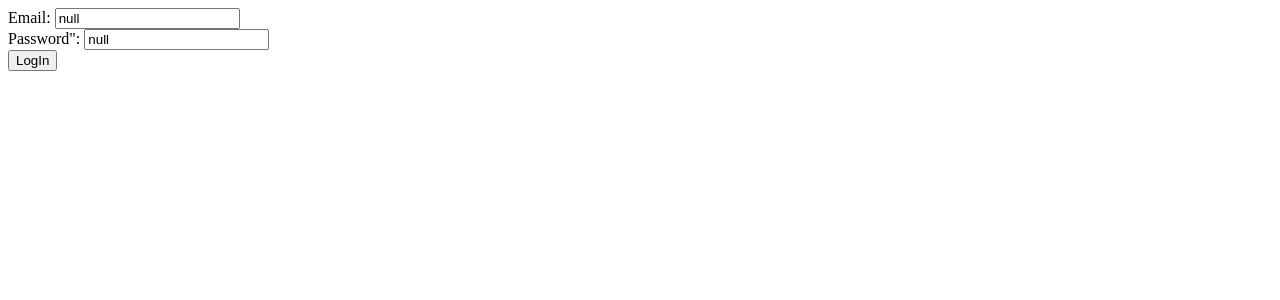
Repository: kanastasov/Java-Web-App
Page: http://localhost/3.2-MVCForm/login.jsp
An editor plug-in stored every save of this project. The page is shown before and after the next save, followed by the edit.
The browser window is 1280 px wide. The pictures show the whole page.
The page is served by Tomcat 9. Other server files are loaded and not shown.

Above is the page before, as saved 2015-01-03 19:00:40.

### 3.2-MVCForm/WebContent/login.jsp
<%@ page language="java" contentType="text/html; charset=ISO-8859-1"
    pageEncoding="ISO-8859-1"%>
<!DOCTYPE html PUBLIC "-//W3C//DTD HTML 4.01 Transitional//EN" "http://www.w3.org/TR/html4/loose.dtd">
<html>
<head>
<meta http-equiv="Content-Type" content="text/html; charset=ISO-8859-1">
<title>Insert title here</title>
</head>
<body>

<form action = "3.2-MVCForm/Controller" method = "post">

<input type = "hidden" name = "action" value = "dologin"/>
Email: <input type = "text" name = "email" value = "<%= request.getAttribute("email") %>" /> <br/>
Password": <input type = "text" name = "password" value = "<%= request.getAttribute("password") %>" /> <br/>
<input type = "submit" value = "LogIn" />

</form>

</body>
</html>

After the next save:
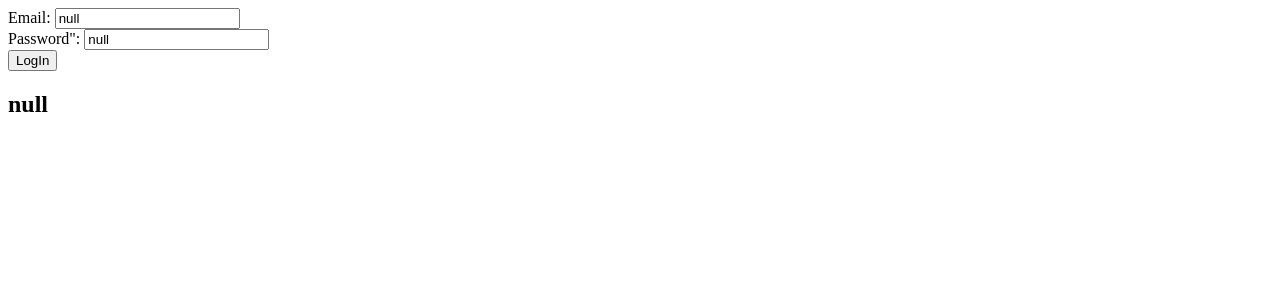
Saved 46 s later.
--- a/3.2-MVCForm/WebContent/login.jsp
+++ b/3.2-MVCForm/WebContent/login.jsp
@@ -14,8 +14,8 @@
 Email: <input type = "text" name = "email" value = "<%= request.getAttribute("email") %>" /> <br/>
 Password": <input type = "text" name = "password" value = "<%= request.getAttribute("password") %>" /> <br/>
 <input type = "submit" value = "LogIn" />
-
 </form>
 
+<h2> <%= request.getAttribute("validationmessage") %>
 </body>
 </html>
